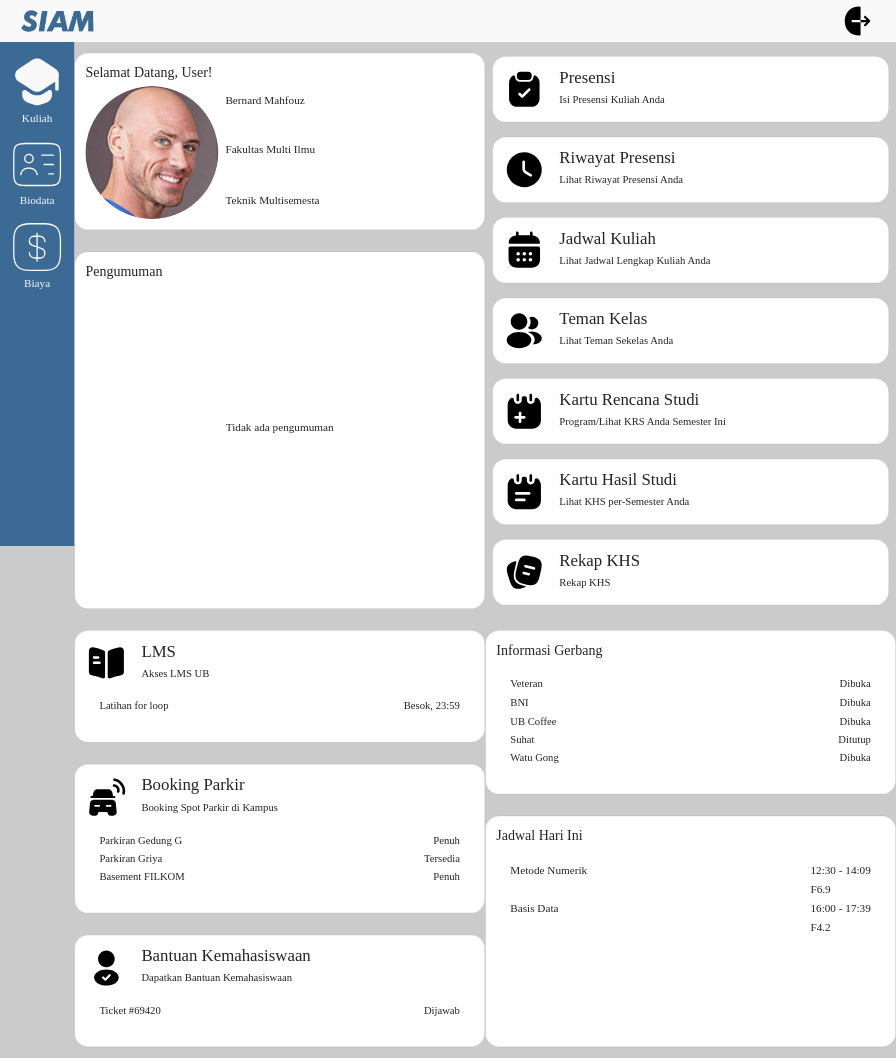
Repository: haikalirf/Project-IMK
Page: kuliah.html
These files come from the project's save history. The page is drawn as it stood at one moment and after the next save; the edit follows.
The browser window is 1280 px wide. The pictures show the part of the page from y = 0 to 1920 px (the page is 1511 px tall before and 2633 px after), at 70% of full size.
Some web fonts or font styles are not loaded; a fallback is used.

Above is the page before, as saved 2022-12-15 20:07:49.

After the next save:
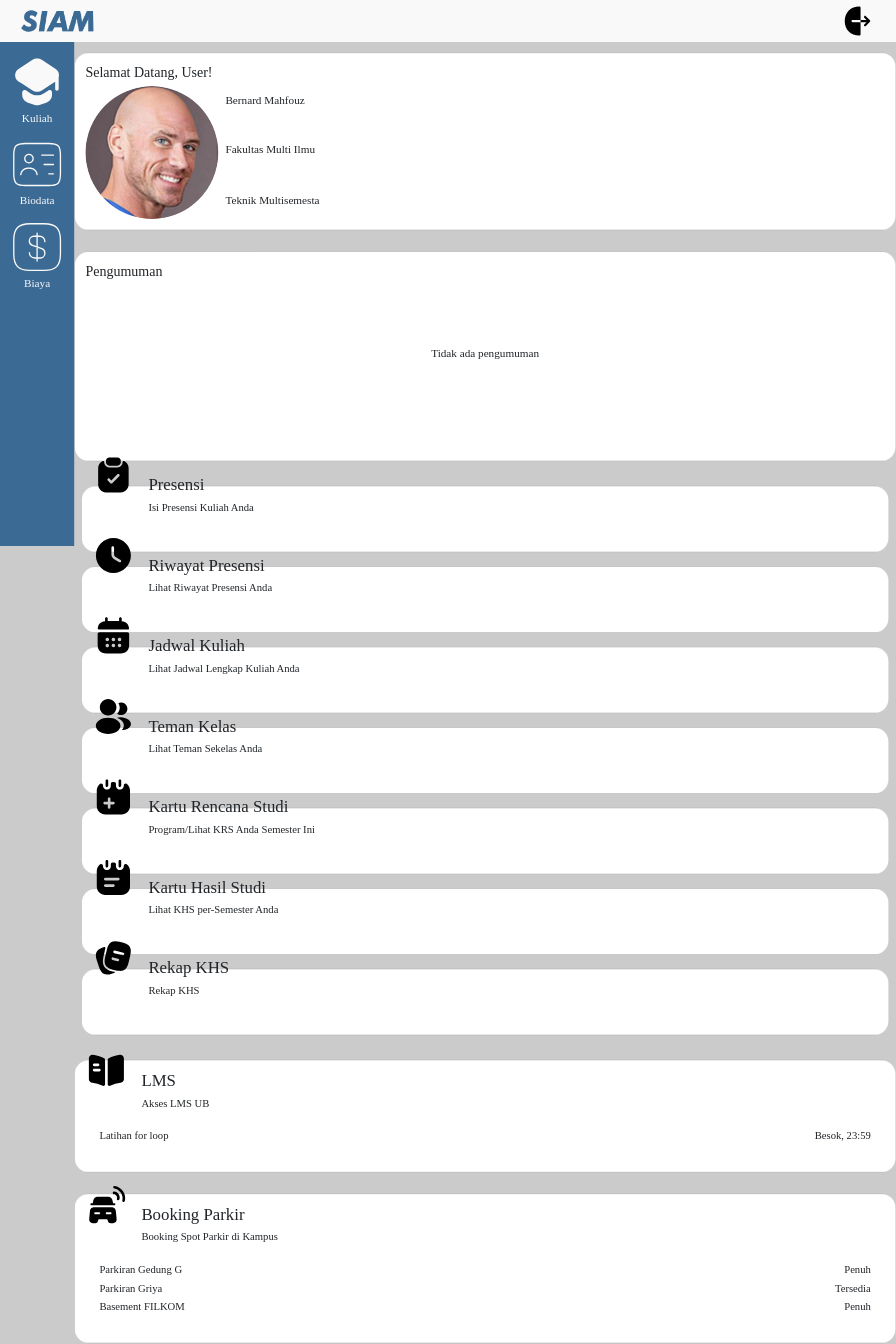
Saved 18 s later.
--- a/styles/kuliah.css
+++ b/styles/kuliah.css
@@ -94,8 +94,6 @@ a img, a label {
 	margin-left: 106px;
 	width: calc(100% - 106px);
 	flex: 100;
-	display: flex;
-	flex-wrap: wrap;
 }
 
 .link-spanner{
